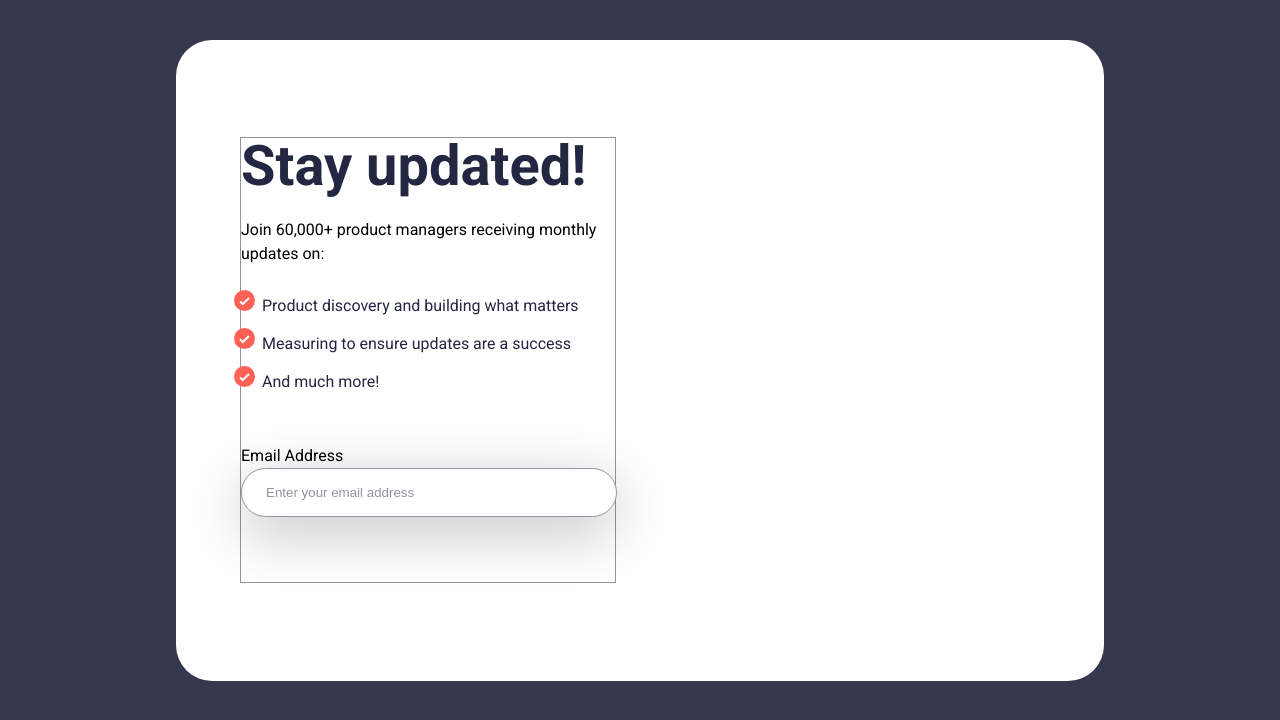
Repository: brandontaylor1/newsletter-signup
Page: index.html
The author's editor kept a copy of each file at every save. The page is drawn from the files as they stood at one save, then again after the next save.
The browser window is 1280 px wide. The pictures show the whole page.

Above is the page before, as saved 2025-01-19 20:49:05.

After the next save:
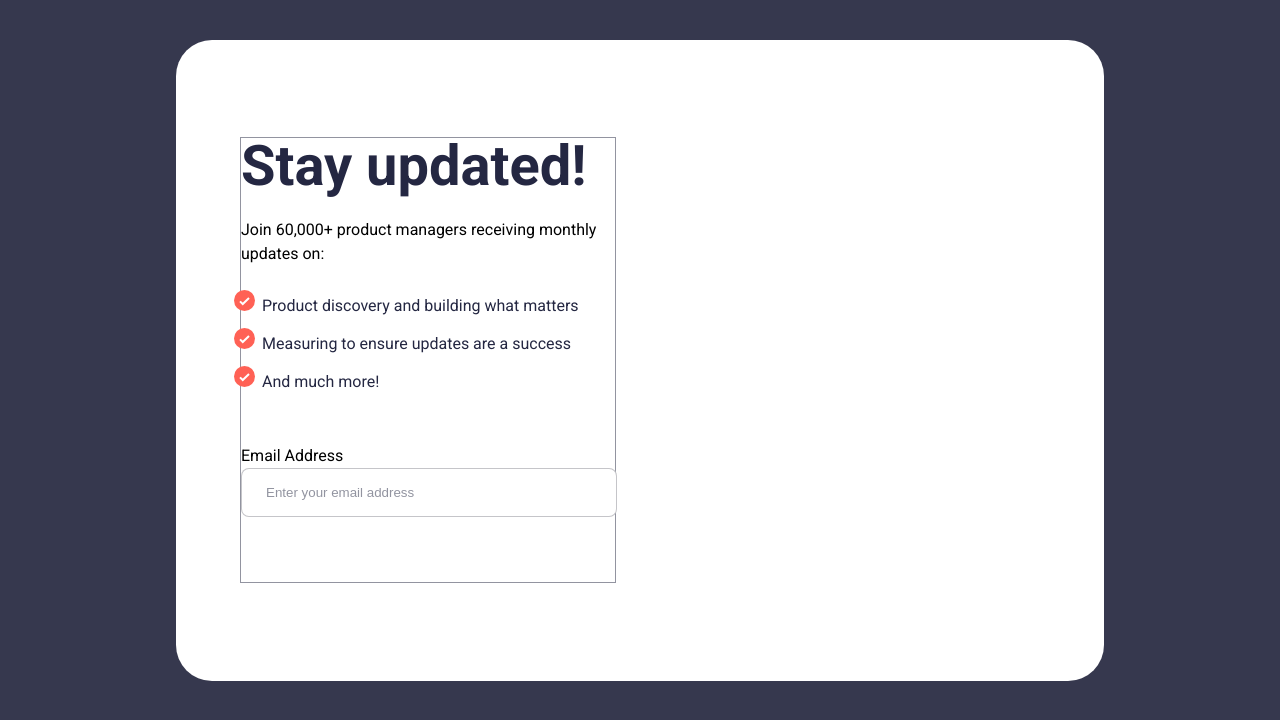
Saved 30 s later.
--- a/styles.css
+++ b/styles.css
@@ -102,11 +102,9 @@ body {
 
 #email {
     width: 376px;
-    border-radius: 36px;
-    background: #FFF;
-    box-shadow: 0px 15px 60px 0px rgba(0, 0, 0, 0.25);
+    border-radius: 8px;
+    border: 1px solid var(--grey-25, rgba(25, 24, 43, 0.25));
     padding: 16px 24px;
-    border: 1px solid var(--neutral-color-gray);
 }
 
 #email::placeholder {
